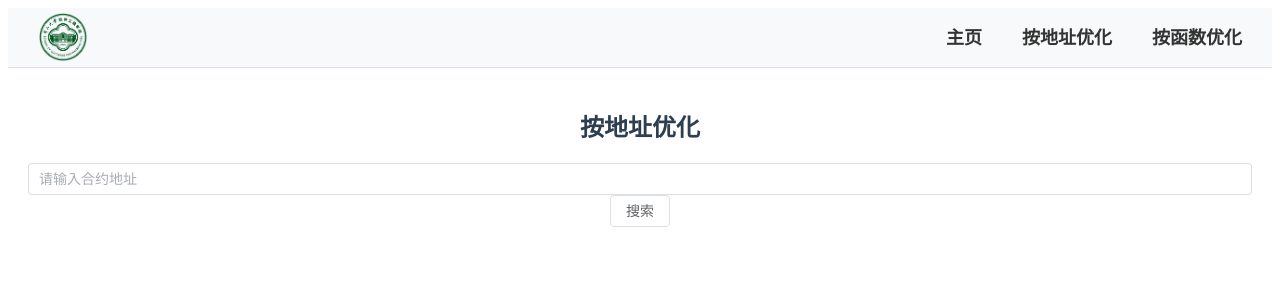
Repository: syckcoding/SmartHalo
Page: /address-optimization
The author's editor kept a copy of each file at every save. The page is drawn from the files as they stood at one save, then again after the next save.
The browser window is 1280 px wide. The pictures show the whole page.
The project was rebuilt for these pictures with package versions that can differ from the ones it lists, and the page was loaded fresh each time. Also part of the build but not shown: vite.config.js, src/components/HomePage.vue, src/views/Home.vue, src/views/Detail.vue.

Above is the page before, as saved 2024-10-05 21:56:02.

After the next save:
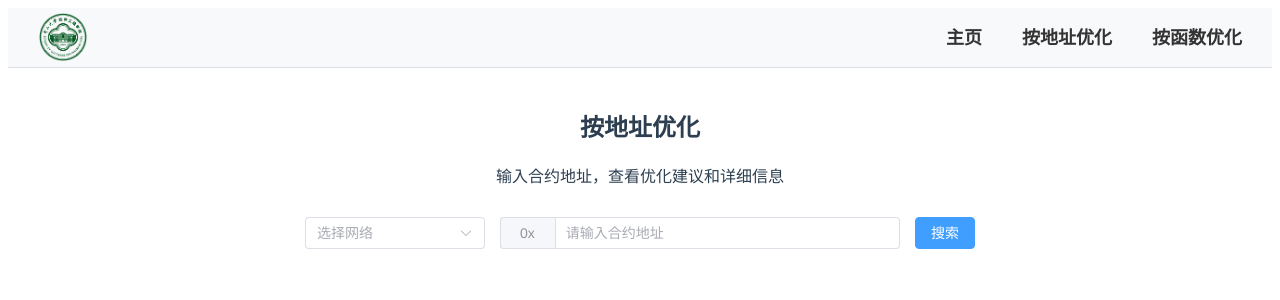
Saved 9 s later.
--- a/src/components/AddressOptimization.vue
+++ b/src/components/AddressOptimization.vue
@@ -1,10 +1,28 @@
 <template>
     <div class="address-optimization-page">
-      <h2>按地址优化</h2>
-      <el-input v-model="searchQuery" placeholder="请输入合约地址"></el-input>
-      <el-button @click="handleSearch">搜索</el-button>
+      <div class="header">
+        <h2>按地址优化</h2>
+        <p>输入合约地址，查看优化建议和详细信息</p>
+      </div>
+
+      <div class="search-section">
+        <el-select v-model="selectedNetwork" placeholder="选择网络" class="network-select">
+          <el-option label="Ethereum" value="eth"></el-option>
+          <el-option label="Bitcoin" value="btc"></el-option>
+          <el-option label="Binance Smart Chain" value="bsc"></el-option>
+        </el-select>
+        <el-input v-model="searchQuery" placeholder="请输入合约地址" class="address-input">
+          <template #prepend>0x</template>
+        </el-input>
+        <el-button type="primary" @click="handleSearch">搜索</el-button>
+      </div>
+
       <div v-if="searchResult" class="result">
-        <p>搜索结果：{{ searchResult }}</p>
+        <el-card class="result-card">
+          <h3>搜索结果</h3>
+          <p>{{ searchResult }}</p>
+          <el-alert type="success" title="优化成功" description="该合约地址经过优化，性能和安全性得到了显著提升。" show-icon></el-alert>
+        </el-card>
       </div>
     </div>
   </template>
@@ -13,6 +31,7 @@
   export default {
     data() {
       return {
+        selectedNetwork: '',
         searchQuery: '',
         searchResult: '',
       };
@@ -37,4 +56,35 @@
     padding: 20px;
     text-align: center;
   }
+
+  .header {
+    margin-bottom: 30px;
+  }
+
+  .search-section {
+    display: flex;
+    justify-content: center;
+    align-items: center;
+    gap: 15px;
+    margin-bottom: 40px;
+  }
+
+  .network-select {
+    width: 180px;
+  }
+
+  .address-input {
+    width: 400px;
+  }
+
+  .result {
+    display: flex;
+    justify-content: center;
+  }
+
+  .result-card {
+    width: 500px;
+    text-align: left;
+    padding: 20px;
+  }
   </style>
